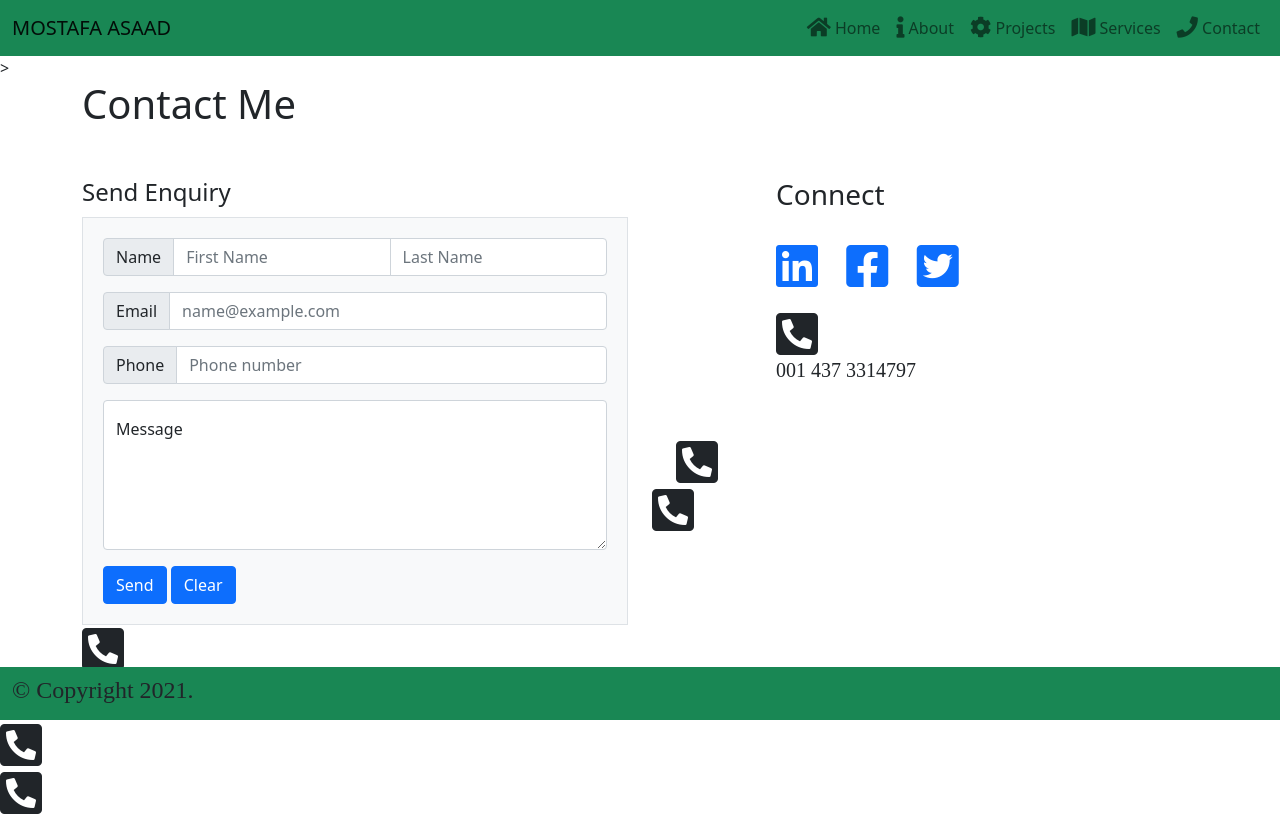
Repository: Mostafa-Asaad/Portfolio
Page: http://localhost/contact
The author's editor kept a copy of each file at every save. The page is drawn from the files as they stood at one save, then again after the next save.
The browser window is 1280 px wide. The pictures show the whole page.
The page is served by the project's Node server (index.js).

Above is the page before, as saved 2021-06-04 17:05:05.

After the next save:
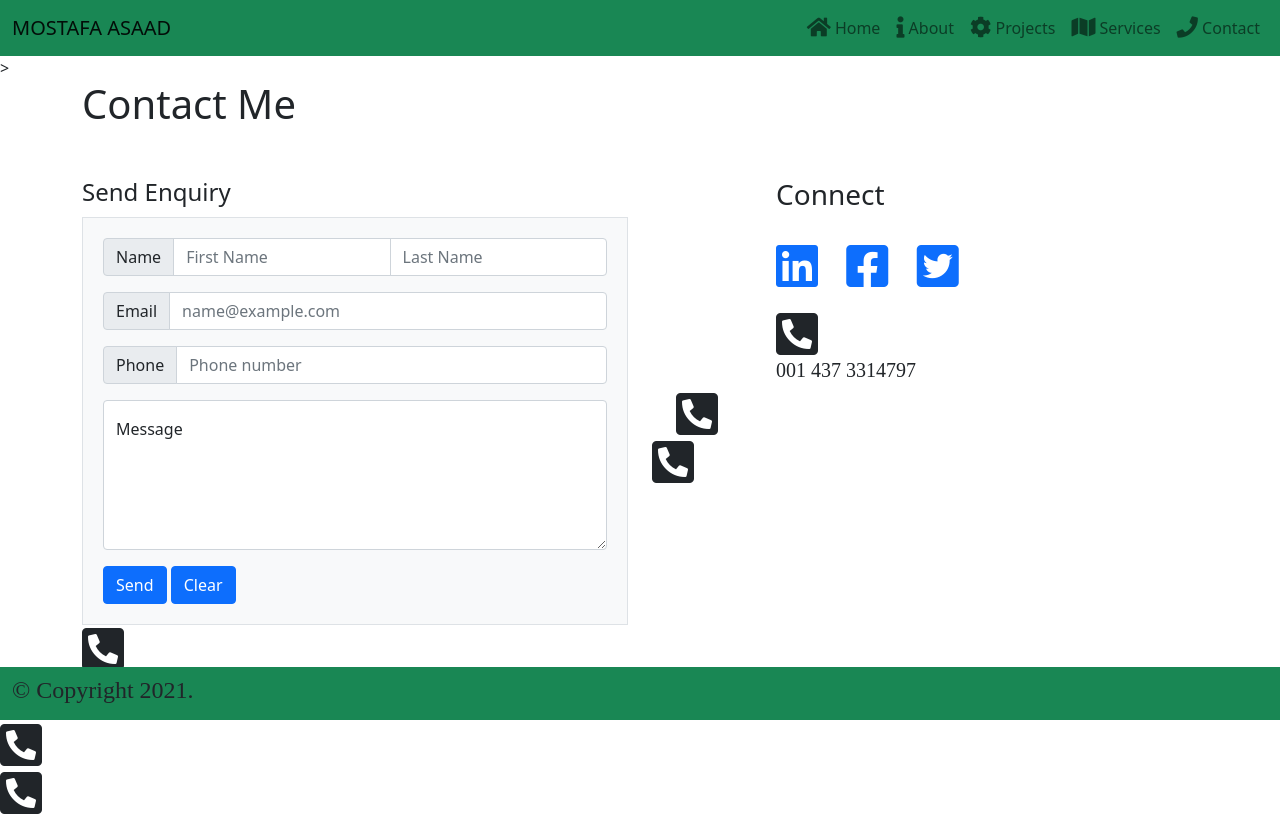
Saved 13 s later.
--- a/Server/Views/content/contact.ejs
+++ b/Server/Views/content/contact.ejs
@@ -60,7 +60,6 @@
             </div>
           </div>
           <i class="fas fa-phone-square-alt fa-3x"><h5>001 437 3314797</h5>
-          <i class="fas fa-email-square-alt fa-3x"></i> </h6>
         </div>
       </div>
     </div>
